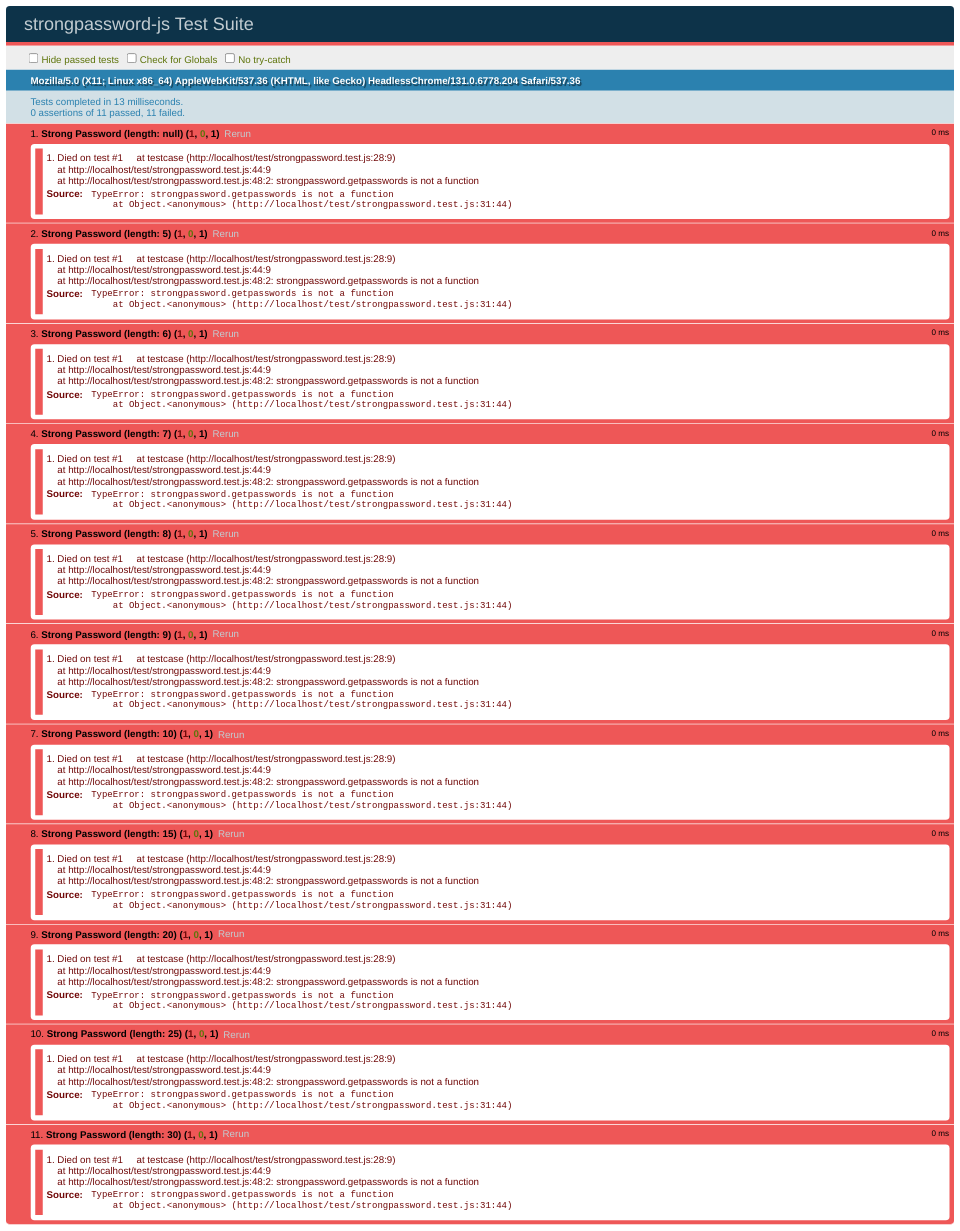
Repository: jongha/strongpassword-js
Page: test/strongpassword.html
The author's editor kept a record of every edit. The page is drawn from the files as they stood at one moment, then again after the next edit.
The browser window is 1280 px wide. The pictures show the whole page, at 75% of full size.

Above is the page before.

### test/strongpassword.html
<!DOCTYPE html>
<html>
<head>
  <meta charset="utf-8">
  <title>strongpassword-js Test Suite</title>
  <script src="../libs/js/jquery-1.10.2.min.js"></script>
  <!-- Load local QUnit (grunt requires v1.0.0 or newer). -->
  <link rel="stylesheet" href="../libs/css/qunit-1.12.0.css" media="screen">
  <script src="../libs/js/qunit-1.12.0.js"></script>
  <!-- Load local lib and tests. -->
  <script src="../src/strongpassword.js"></script>
  <script src="strongpassword.test.js"></script>
  <!-- Removing access to jQuery and $. But it'll still be available as _$, if
       you REALLY want to mess around with jQuery in the console. REMEMBER WE
       ARE TESTING YOUR PLUGIN HERE -->
  <script>window._$ = jQuery.noConflict(true);</script>
</head>
<body>
  <h1 id="qunit-header">strongpassword-js Test Suite</h1>
  <h2 id="qunit-banner"></h2>
  <div id="qunit-testrunner-toolbar"></div>
  <h2 id="qunit-userAgent"></h2>
  <ol id="qunit-tests"></ol>
  <div id="qunit-fixture"></div>
</body>
</html>

### src/strongpassword.js
var strongpassword = {
    VALIDATIONS: [
        "abcdefghijklmnopqrstuvwxyz",
        "ABCDEFGHIJKLMNOPQRSTUVWXYZ",
        "0123456789",
        "`!?$?%^&*()_-+={[}]:;@'~#|\\<>.?/];"
    ],

    // generate safe password
    // size: generated password size
    get: function(size) {
        size = size || 15;

        var MAX_SEED = 100;
        var i, result = [], visit = [], map = this.VALIDATIONS.slice(0);

        while(size-- > 0) {
            if(visit.length === 0) {
                visit = [];
                for(i=0; i<map.length; ++i) {
                    visit.push(i);
                }
            }

            var idx = parseInt(Math.random() * MAX_SEED) % visit.length;
            var map_index = visit[idx];
            var code = map[map_index][parseInt(Math.random() * MAX_SEED) % map[map_index].length];

            result.push(code);

            map[map_index] = map[map_index].replace(code, "");
            visit = visit.slice(0, idx).concat(visit.slice(idx + 1, visit.length));
        }
        return result.join("");
    },

    // validate password is safe
    // password: password for valication
    // threshold: min-length for safe password (default: 10)
    issafe: function(password, threshold) {
        threshold = threshold || 10;
        var check, i, j, k;
        for(i=0; i<this.VALIDATIONS.length; ++i) {
            check = false;

            for(j=0; j<this.VALIDATIONS[i].length; ++j) {

                for(k=0; k<password.length; ++k) {
                    check = (this.VALIDATIONS[i][j] === password[k]);
                    if(check) { break; }
                }

                if(check) { break; }
            }

            if(!check) { break; }
        }

        return check;
    }
};

### test/strongpassword.test.js
(function() {

    var map = strongpassword.VALIDATIONS;

    var validpassword = function(map, password) {
        var check, i, j, k;
        for(i=0; i<map.length; ++i) {
            check = false;

            for(j=0; j<map[i].length; ++j) {

                for(k=0; k<password.length; ++k) {
                    check = (map[i][j] === password[k]);
                    if(check) { break; }
                }

                if(check) { break; }
            }

            if(!check) { break; }
        }

        return check;
    };

    var length = [null, 5, 6, 7, 8, 9, 10, 15, 20, 25, 30];
    var testcase = function(size) {
        test("Strong Password (length: " + size + ")", function() {
            size = size || 15;

            var password1 = strongpassword.getpasswords(size);
            var password2 = strongpassword.getpasswords(size);

            equal(password1.length, size, "Default length " + size + " check");
            equal(password2.length, size, "Default length " + size + " check");
            notEqual(password1, password2, "Previous passwords check");

            equal(validpassword(map, password1), true, "Password validation check");
            equal(validpassword(map, password2), true, "Password validation check");
        });
    };

    for(var l in length) {
        testcase(length[l]);
    }


}(jQuery));

Loaded but not shown: libs/js/jquery-1.10.2.min.js (library); libs/css/qunit-1.12.0.css (library); libs/js/qunit-1.12.0.js (library)

After the next edit:
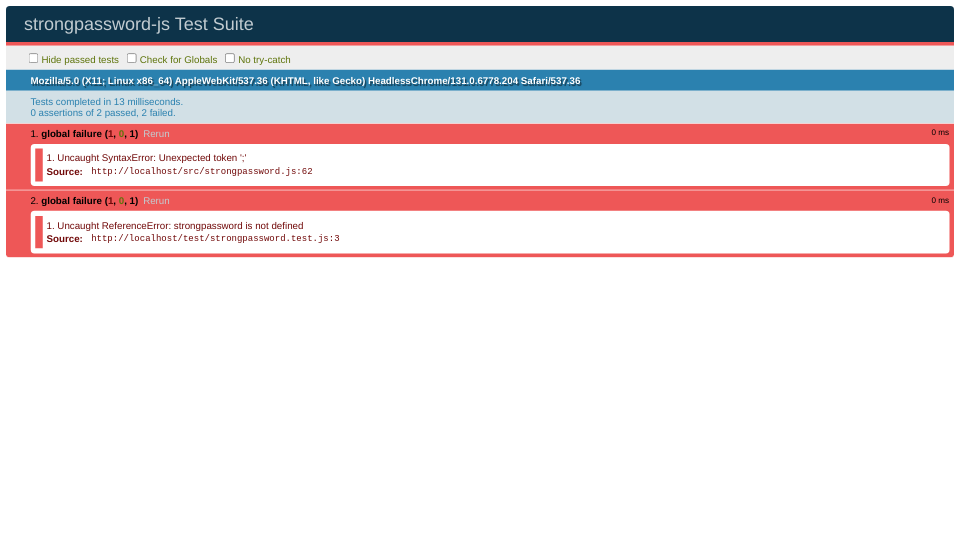
Console error: SyntaxError: Unexpected token ';'
The edit:
--- a/src/strongpassword.js
+++ b/src/strongpassword.js
@@ -39,6 +39,7 @@
     // threshold: min-length for safe password (default: 10)
     issafe: function(password, threshold) {
         threshold = threshold || 10;
+        if(password.length >= threshold) {
         var check, i, j, k;
         for(i=0; i<this.VALIDATIONS.length; ++i) {
             check = false;

After the edit that followed:
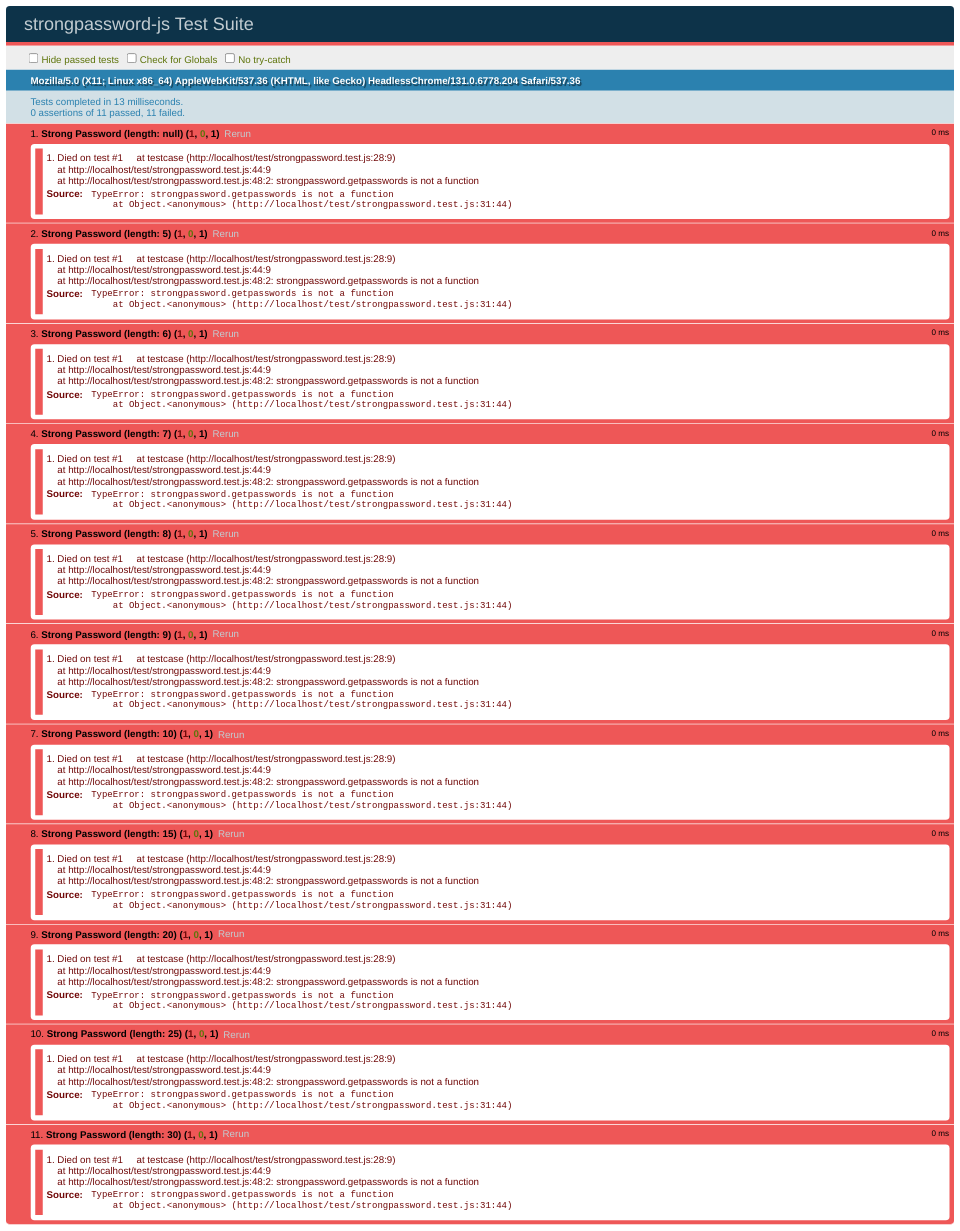
The error is gone.
The edit:
--- a/src/strongpassword.js
+++ b/src/strongpassword.js
@@ -56,6 +56,7 @@
 
             if(!check) { break; }
         }
+        }
 
         return check;
     }
